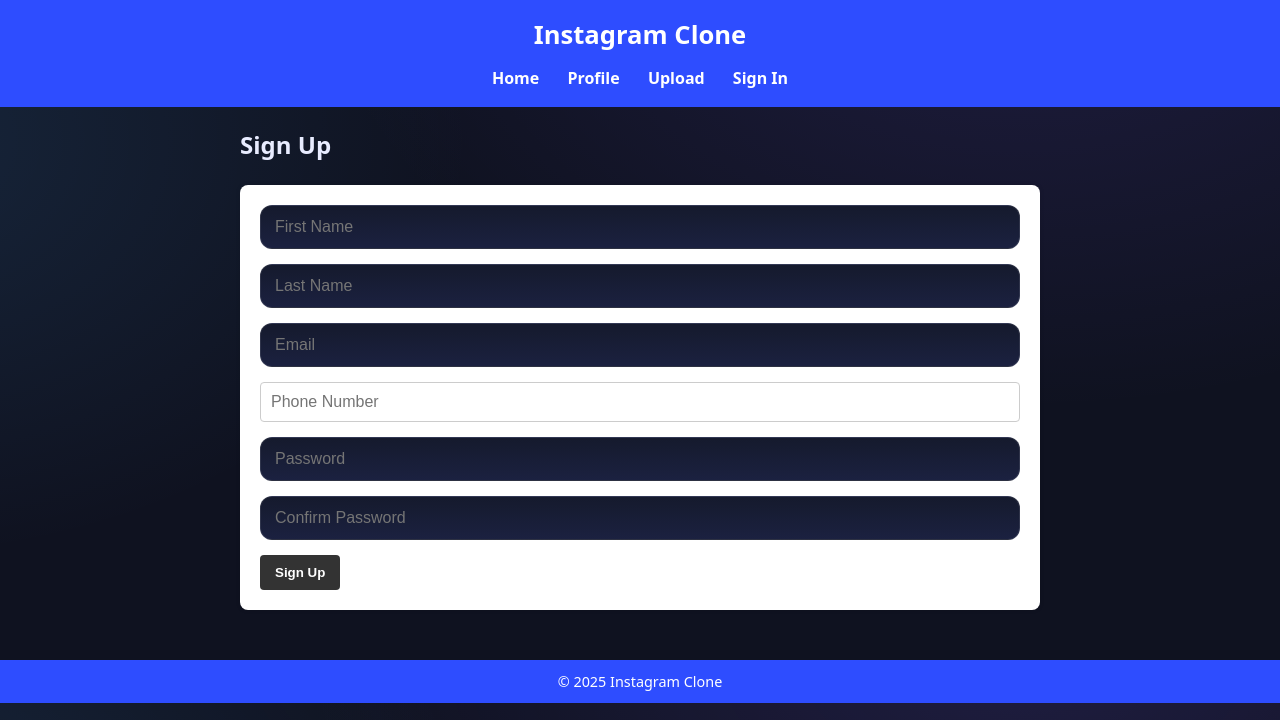
Repository: burhannaseer/CloudClips
Page: signup.html
The author's editor kept a copy of each file at every save. The page is drawn from the files as they stood at one save, then again after the next save.
The browser window is 1280 px wide. The pictures show the whole page.

Above is the page before, as saved 2025-08-14 13:34:00.

### signup.html
<!DOCTYPE html>
<html lang="en">
<head>
  <meta charset="UTF-8">
  <meta name="viewport" content="width=device-width, initial-scale=1.0">
  <title>Instagram Clone - Sign Up</title>
  <link rel="stylesheet" href="styles.css">
</head>
<body>
  <header>
    <div class="container">
      <h1>Instagram Clone</h1>
      <nav>
        <a href="index.html">Home</a>
        <a href="profile.html">Profile</a>
        <a href="upload.html">Upload</a>
        <a href="signin.html">Sign In</a>
      </nav>
    </div>
  </header>

  <main class="container">
    <h2>Sign Up</h2>
    <form id="signupForm">
      <input type="text" id="firstName" placeholder="First Name" required />
      <input type="text" id="lastName" placeholder="Last Name" required />
      <input type="email" id="email" placeholder="Email" required />
      <input type="tel" id="phone" placeholder="Phone Number" required />
      <input type="password" id="password" placeholder="Password" required />
      <input type="password" id="confirmPassword" placeholder="Confirm Password" required />
      <button type="submit">Sign Up</button>
    </form>
  </main>

  <footer>
    <div class="container">&copy; 2025 Instagram Clone</div>
  </footer>

  <script src="script.js"></script>
</body>
</html>

### styles.css
/* Clean Classic Instagram Clone Theme */

body {
  font-family: Arial, sans-serif;
  background-color: #f5f5f5;
  color: hsl(212, 100%, 51%);
  margin: 0;
  padding: 0;
}

.container {
  width: 90%;
  max-width: 800px;
  margin: 0 auto;
}

header {
  background-color: #2e4dff;
  color: white;
  padding: 15px 0;
  text-align: center;
}

header h1 {
  margin: 0;
  font-size: 1.6em;
}

header nav {
  margin-top: 10px;
}

header nav a {
  color: white;
  text-decoration: none;
  margin: 0 12px;
  font-weight: bold;
}

header nav a:hover {
  text-decoration: underline;
}

main {
  margin-top: 30px;
}

form {
  background-color: white;
  padding: 20px;
  border-radius: 8px;
  margin-bottom: 30px;
  box-shadow: 0 0 5px rgba(0, 0, 0, 0.1);
}

input, textarea {
  width: 100%;
  margin-bottom: 15px;
  padding: 10px;
  font-size: 1rem;
  border: 1px solid #ccc;
  border-radius: 4px;
}

input[type="file"] {
  padding: 6px;
}

button {
  padding: 10px 15px;
  background-color: #333;
  color: white;
  border: none;
  border-radius: 4px;
  font-weight: bold;
  cursor: pointer;
}

button:hover {
  background-color: #555;
}

.feed {
  display: flex;
  flex-direction: column;
  gap: 20px;
}

.post {
  background-color: white;
  border-radius: 10px;
  padding: 15px;
  box-shadow: 0 0 10px rgba(0,0,0,0.05);
}

.post h3 {
  margin-bottom: 10px;
  font-size: 1.2rem;
}

.post img,
.post video {
  width: 100%;
  border-radius: 6px;
  margin-bottom: 10px;
}

.post p {
  margin: 0 0 10px;
}

.actions {
  display: flex;
  justify-content: start;
  gap: 15px;
  font-size: 1.2rem;
}

.actions span {
  cursor: pointer;
}

.actions span:hover {
  opacity: 0.7;
}

footer {
  background-color: #2e4dff;
  color: white;
  text-align: center;
  padding: 10px 0;
  margin-top: 50px;
  font-size: 0.9em;
}

/* Responsive */
@media (max-width: 600px) {
  header nav {
    display: flex;
    flex-direction: column;
    gap: 8px;
  }
}
/* Container for the entire dashboard */
.dashboard-container {
  max-width: 1200px;
  margin: 20px auto;
  padding: 0 15px;
  box-sizing: border-box;
}

/* Table styling */
.dashboard-table {
  width: 100%;
  border-collapse: collapse;
  margin-bottom: 30px;
  font-family: Arial, sans-serif;
}

/* Header row */
.dashboard-table thead {
  background-color: #2c3e50;
  color: #001529;
}

.dashboard-table th {
  padding: 12px;
  text-align: left;
  font-size: 1rem;
  border-bottom: 2px solid #34495e;
}

/* Body rows */
.dashboard-table tbody tr {
  border-bottom: 1px solid #ffff;
}

.dashboard-table tbody tr:nth-child(even) {
  background-color: #001529;
}

.dashboard-table td {
  padding: 12px;
  vertical-align: top;
  font-size: 0.9rem;
}

/* Actions column (e.g., edit, delete buttons) */
.dashboard-table .actions {
  display: flex;
  gap: 8px;
}

.dashboard-table .actions button {
  padding: 6px 12px;
  border: none;
  border-radius: 4px;
  cursor: pointer;
  font-size: 0.85rem;
  background-color: #3498db;
  color: #fff;
  transition: background-color 0.2s;
}

.dashboard-table .actions button:hover {
  background-color: #2980b9;
}

/* Responsive: horizontal scroll on small screens */
@media (max-width: 768px) {
  .dashboard-table {
    display: block;
    overflow-x: auto;
    white-space: nowrap;
  }
}



/* ========== CloudClips Theme Enhancements ========== */
:root{
  --bg: #0f1220;
  --surface: #151a2d;
  --surface-2: #1b2140;
  --text: #e8ecff;
  --muted: #a9b1d6;
  --primary: #7c5cff;
  --primary-2: #4fb3ff;
  --accent: #00d4ff;
  --success: #27c93f;
  --danger: #ff5573;
  --warn: #ffb020;
  --shadow: 0 10px 30px rgba(0,0,0,.35);
}

*{box-sizing:border-box}
html,body{
  margin:0;
  padding:0;
  background: radial-gradient(1200px 800px at 80% -10%, rgba(124,92,255,.15), transparent 60%),
              radial-gradient(1000px 700px at -10% 20%, rgba(79,179,255,.12), transparent 60%),
              var(--bg);
  color:var(--text);
  font-family: ui-sans-serif, system-ui, -apple-system, Segoe UI, Roboto, Inter, "Helvetica Neue", Arial, "Noto Sans", "Apple Color Emoji", "Segoe UI Emoji";
  line-height:1.6;
  scroll-behavior:smooth;
}

/* Container */
.container{width:min(1100px, 92%); margin:0 auto;}

/* Navbar */
.navbar{
  position:sticky; top:0; z-index:50;
  backdrop-filter: saturate(160%) blur(8px);
  background: linear-gradient( to bottom, rgba(10,12,24,.9), rgba(10,12,24,.6) );
  border-bottom: 1px solid rgba(255,255,255,.06);
}
.navbar-inner{ display:flex; align-items:center; justify-content:space-between; padding:14px 0; }
.brand{
  display:flex; align-items:center; gap:10px; font-weight:800; letter-spacing:.3px;
  text-decoration:none; color:var(--text); font-size:1.1rem;
}
.brand-badge{
  display:inline-grid; place-items:center; width:34px;height:34px; border-radius:10px;
  background: linear-gradient(135deg, var(--primary), var(--accent));
  box-shadow: 0 8px 18px rgba(124,92,255,.35), inset 0 1px 0 rgba(255,255,255,.2);
  font-weight:900;
}
.nav-actions{ display:flex; align-items:center; gap:10px; }
.theme-toggle, .btn{
  border:1px solid rgba(255,255,255,.1);
  background: linear-gradient(180deg, var(--surface), var(--surface-2));
  color:var(--text);
  padding:10px 14px; border-radius:12px; cursor:pointer;
  transition: transform .12s ease, background .3s ease, border-color .3s ease, box-shadow .3s ease;
  box-shadow: 0 6px 16px rgba(0,0,0,.25);
}
.theme-toggle:hover, .btn:hover{ transform: translateY(-1px); border-color: rgba(255,255,255,.2); }
.btn:active{ transform: translateY(0); }

/* Buttons */
.btn-primary{
  background: linear-gradient(135deg, var(--primary), var(--primary-2));
  border: none;
}
.btn-outline{ background: transparent; border:1px solid rgba(255,255,255,.18); }
.btn-ghost{ background: transparent; border:none; }
.btn-pill{ border-radius:999px; padding:10px 18px; }

/* Cards */
.card{
  background: linear-gradient(180deg, rgba(255,255,255,.04), rgba(255,255,255,.02));
  border:1px solid rgba(255,255,255,.08);
  border-radius:18px; padding:18px;
  box-shadow: var(--shadow);
  transition: transform .2s ease, box-shadow .2s ease, border-color .2s ease;
}
.card:hover{ transform: translateY(-3px); border-color: rgba(255,255,255,.15); }

/* Inputs */
.input, input[type="text"], input[type="email"], input[type="password"], input[type="file"], textarea, select{
  width:100%; padding:12px 14px; border-radius:12px;
  background: linear-gradient(180deg, var(--surface), var(--surface-2));
  border:1px solid rgba(255,255,255,.1); color:var(--text);
  outline:none; transition: border-color .2s ease, box-shadow .2s ease;
}
.input:focus, input:focus, textarea:focus, select:focus{
  border-color: var(--primary); box-shadow: 0 0 0 3px rgba(124,92,255,.25);
}

/* Grid */
.grid{ display:grid; gap:16px; }
.grid-2{ grid-template-columns: repeat(2, minmax(0,1fr)); }
.grid-3{ grid-template-columns: repeat(3, minmax(0,1fr)); }
@media (max-width: 900px){ .grid-3{ grid-template-columns: 1fr 1fr; } }
@media (max-width: 640px){ .grid-2, .grid-3{ grid-template-columns: 1fr; } }

/* Hero */
.hero{
  padding:64px 0 34px;
}
.hero h1{ font-size: clamp(1.8rem, 4vw, 2.4rem); line-height:1.2; margin:0 0 10px; }
.hero p{ color: var(--muted); margin:0 0 18px; }

/* Footer */
.footer{
  margin-top:40px; padding:22px 0; text-align:center;
  border-top: 1px solid rgba(255,255,255,.08);
  color:var(--muted);
}

/* Reveal Animations */
.reveal{ opacity:0; transform: translateY(16px) scale(.98); transition: opacity .6s ease, transform .6s cubic-bezier(.2,.7,.1,1); }
.reveal.show{ opacity:1; transform: none; }

/* Hover Zoom for media tiles */
.media-tile{
  position:relative; overflow:hidden; border-radius:16px;
  aspect-ratio: 1 / 1.2; background: #0a0d1c;
  border:1px solid rgba(255,255,255,.06);
}
.media-tile img, .media-tile video{
  width:100%; height:100%; object-fit:cover; display:block;
  transition: transform .5s ease;
}
.media-tile:hover img, .media-tile:hover video{ transform: scale(1.05); }

/* Link */
a{ color: var(--primary-2); text-decoration:none; }
a:hover{ text-decoration:underline; }

/* Utility */
.mt-2{ margin-top:8px } .mt-4{ margin-top:16px } .mt-6{ margin-top:24px }
.mb-2{ margin-bottom:8px } .mb-4{ margin-bottom:16px } .mb-6{ margin-bottom:24px }

/* Dark/Light toggle support */
.light body, body.light{
  background: #f6f7fb;
  color:#0b0e1a;
}
.light .navbar{ background: rgba(255,255,255,.8); border-bottom: 1px solid rgba(0,0,0,.06); }
.light .card{ background: white; border-color: rgba(0,0,0,.08); }
.light .btn, .light .input{ background:white; color:#0b0e1a; border-color: rgba(0,0,0,.1); }
.light a{ color:#2d5fff; }
.light .media-tile{ border-color: rgba(0,0,0,.08); }

### script.js
// --- Sign Up ---
const signupForm = document.getElementById('signupForm');
if (signupForm) {
  signupForm.addEventListener('submit', function (e) {
    e.preventDefault();

    const firstName = document.getElementById('firstName').value.trim();
    const lastName = document.getElementById('lastName').value.trim();
    const email = document.getElementById('email').value.trim();
    const phone = document.getElementById('phone').value.trim();
    const password = document.getElementById('password').value;
    const confirmPassword = document.getElementById('confirmPassword').value;

    if (!firstName || !lastName || !email || !phone || !password || !confirmPassword) {
      alert('Please fill in all fields.');
      return;
    }

    if (password !== confirmPassword) {
      alert('Passwords do not match.');
      return;
    }

    const users = JSON.parse(localStorage.getItem('users')) || [];

    if (users.find(user => user.email === email)) {
      alert('Email already exists. Please sign in.');
      return;
    }

    const user = { firstName, lastName, email, phone, password };

    users.push(user);
    localStorage.setItem('users', JSON.stringify(users));

    alert('Account created successfully!');
    window.location.href = 'signin.html';
  });
}

// --- Sign In ---
const signinForm = document.getElementById('signinForm');
if (signinForm) {
  signinForm.addEventListener('submit', function (e) {
    e.preventDefault();

    const email = document.getElementById('emailSignIn').value.trim();
    const password = document.getElementById('passwordSignIn').value;

    const users = JSON.parse(localStorage.getItem('users')) || [];
    const user = users.find(user => user.email === email && user.password === password);

    if (!user) {
      alert('Incorrect email or password.');
      return;
    }

    localStorage.setItem('loggedInUser', JSON.stringify(user));

    const signInHistory = JSON.parse(localStorage.getItem('signInHistory')) || {};
    if (!signInHistory[user.email]) {
      signInHistory[user.email] = [];
    }
    signInHistory[user.email].push(new Date().toISOString());
    localStorage.setItem('signInHistory', JSON.stringify(signInHistory));

    alert('Sign In successful!');
    window.location.href = 'index.html';
  });
}

// --- Upload Post ---
const form = document.getElementById('uploadForm');
if (form) {
  form.addEventListener('submit', function (e) {
    e.preventDefault();

    const title = document.getElementById('titleInput').value.trim();
    const description = document.getElementById('descriptionInput').value.trim();
    const fileInput = document.getElementById('mediaInput');
    const file = fileInput.files[0];

    if (!file) {
      alert('Please select a file.');
      return;
    }

    if (file.size > 2 * 1024 * 1024) {
      alert('File is too large. Max 2MB allowed.');
      return;
    }

    const reader = new FileReader();

    reader.onload = function () {
      const post = {
        title,
        media: reader.result,
        type: file.type,
        description,
        likes: 0,
        userEmail: JSON.parse(localStorage.getItem('loggedInUser')).email // Save user email for filtering posts later
      };

      try {
        const posts = JSON.parse(localStorage.getItem('posts')) || [];
        posts.unshift(post); // Insert post at the beginning
        localStorage.setItem('posts', JSON.stringify(posts));
        alert('Post uploaded!');
        window.location.href = 'index.html';
      } catch (err) {
        alert('Upload failed: ' + err.message);
      }
    };

    reader.readAsDataURL(file);
  });
}

// --- Render Posts ---
function renderPosts(containerId, onlyUserPosts = false) {
  const container = document.getElementById(containerId);
  if (!container) return;

  const posts = JSON.parse(localStorage.getItem('posts')) || [];
  const user = JSON.parse(localStorage.getItem('loggedInUser'));

  // Filter posts if onlyUserPosts is true, otherwise show all posts
  const filteredPosts = onlyUserPosts && user
    ? posts.filter(post => post.userEmail === user.email)
    : posts;

  // If no posts available, show a message
  if (filteredPosts.length === 0) {
    container.innerHTML = '<p>No posts to display</p>';
    return;
  }

  container.innerHTML = ''; // Clear previous content before rendering new posts

  filteredPosts.forEach((post, index) => {
    const div = document.createElement('div');
    div.className = 'post';

    const mediaTag = post.type.startsWith('video') ?
      `<video controls width="100%"><source src="${post.media}" type="${post.type}"></video>` :
      `<img src="${post.media}" alt="">`;

    div.innerHTML = `
      <h3>${post.title || 'Untitled'}</h3>
      ${mediaTag}
      <p>${post.description}</p>
      <div class="actions">
        <span onclick="likePost(${index})">❤️ ${post.likes}</span>
        <span title="Share">🔗</span>
        <span title="Save">💾</span>
      </div>
    `;
    container.appendChild(div);
  });
}

// --- Home Page: Display All Posts ---
if (document.getElementById('feed')) {
  renderPosts('feed', false); // Display all posts on the home page
}

// --- Like Post ---
function likePost(index) {
  const posts = JSON.parse(localStorage.getItem('posts')) || [];
  posts[index].likes++;
  localStorage.setItem('posts', JSON.stringify(posts));
  location.reload();
}

// --- Display Username & Email on Profile ---
const loggedInUser = JSON.parse(localStorage.getItem('loggedInUser'));
if (loggedInUser) {
  const usernameEl = document.getElementById('usernameDisplay');
  const emailEl = document.getElementById('emailDisplay');
  if (usernameEl) usernameEl.textContent = `${loggedInUser.firstName} ${loggedInUser.lastName}`;
  if (emailEl) emailEl.textContent = loggedInUser.email;
}

// --- Display Sign-In History ---
function displaySignInHistory() {
  const user = JSON.parse(localStorage.getItem('loggedInUser'));
  if (!user) return;

  const signInHistory = JSON.parse(localStorage.getItem('signInHistory')) || {};
  const historyContainer = document.getElementById('signInHistory');

  if (signInHistory[user.email]) {
    signInHistory[user.email].forEach(signInTime => {
      const div = document.createElement('div');
      div.className = 'history-entry';
      div.textContent = `Signed in at: ${new Date(signInTime).toLocaleString()}`;
      historyContainer.appendChild(div);
    });
  } else {
    historyContainer.innerHTML = '<p>No sign-in history found.</p>';
  }
}

// --- Dashboard ---
function renderDashboard() {
  const loggedInUser = JSON.parse(localStorage.getItem('loggedInUser'));
  if (loggedInUser) {
    document.getElementById('profileName').textContent = `${loggedInUser.firstName} ${loggedInUser.lastName}`;
    document.getElementById('profileEmail').textContent = loggedInUser.email;
    displaySignInHistory();
    renderPosts('myPosts', true); // Render only the logged-in user's posts
  } else {
    alert('Please sign in to access the dashboard.');
    window.location.href = 'signin.html';
  }
}

// Call renderDashboard when the dashboard page loads
if (document.getElementById('dashboardPage')) {
  renderDashboard();
}

// --- Home Page: Display All Posts ---
if (document.getElementById('homePage')) {
  renderPosts('homePosts', false); // Display all posts on the home page
}

### global.js

function likePost(index) {
    const posts = JSON.parse(localStorage.getItem('posts')) || [];
    posts[index].likes++;
    localStorage.setItem('posts', JSON.stringify(posts));
    if (typeof renderPosts === 'function') {
        if (document.getElementById('feed')) renderPosts('feed', false);
        if (document.getElementById('myPosts')) renderPosts('myPosts', true);
        if (document.getElementById('homePosts')) renderPosts('homePosts', false);
    }
}

After the next save:
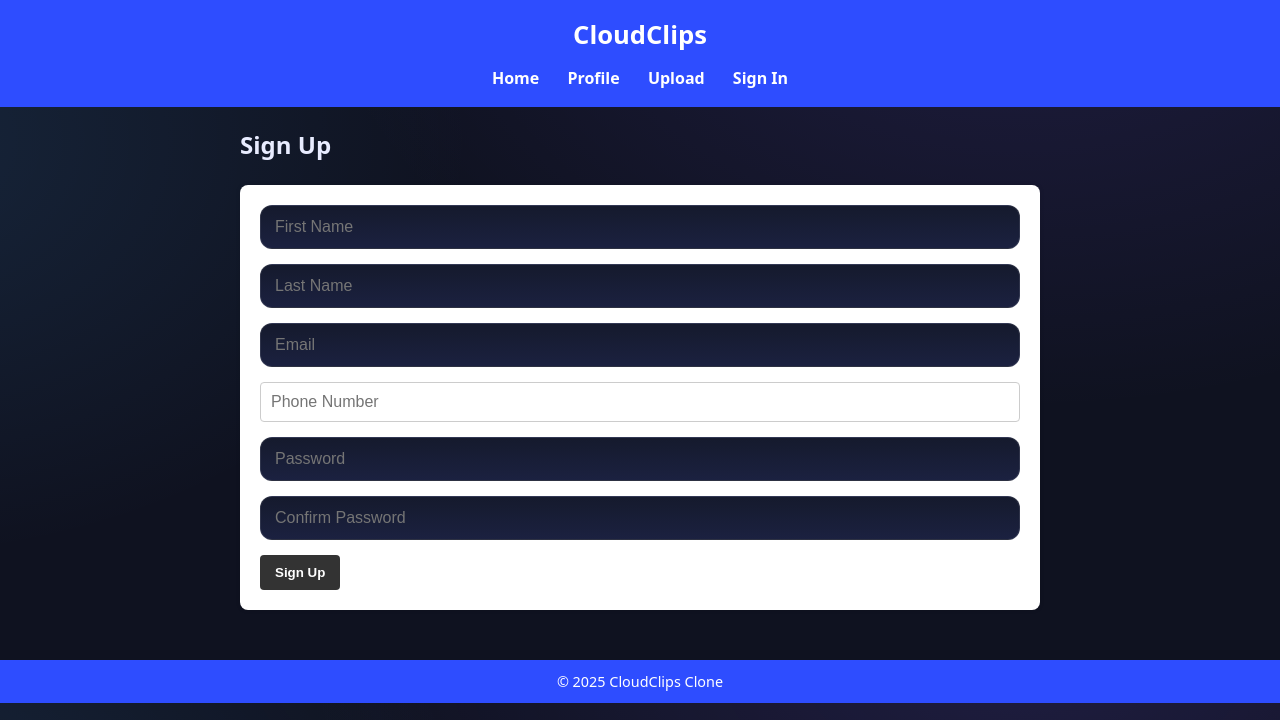
Saved 3 s later.
--- a/signup.html
+++ b/signup.html
@@ -3,13 +3,14 @@
 <head>
   <meta charset="UTF-8">
   <meta name="viewport" content="width=device-width, initial-scale=1.0">
-  <title>Instagram Clone - Sign Up</title>
+  <title>CloudClips</title>
   <link rel="stylesheet" href="styles.css">
+  <script src="global.js"></script>
 </head>
 <body>
   <header>
     <div class="container">
-      <h1>Instagram Clone</h1>
+      <h1>CloudClips </h1>
       <nav>
         <a href="index.html">Home</a>
         <a href="profile.html">Profile</a>
@@ -33,7 +34,7 @@
   </main>
 
   <footer>
-    <div class="container">&copy; 2025 Instagram Clone</div>
+    <div class="container">&copy; 2025 CloudClips Clone</div>
   </footer>
 
   <script src="script.js"></script>
